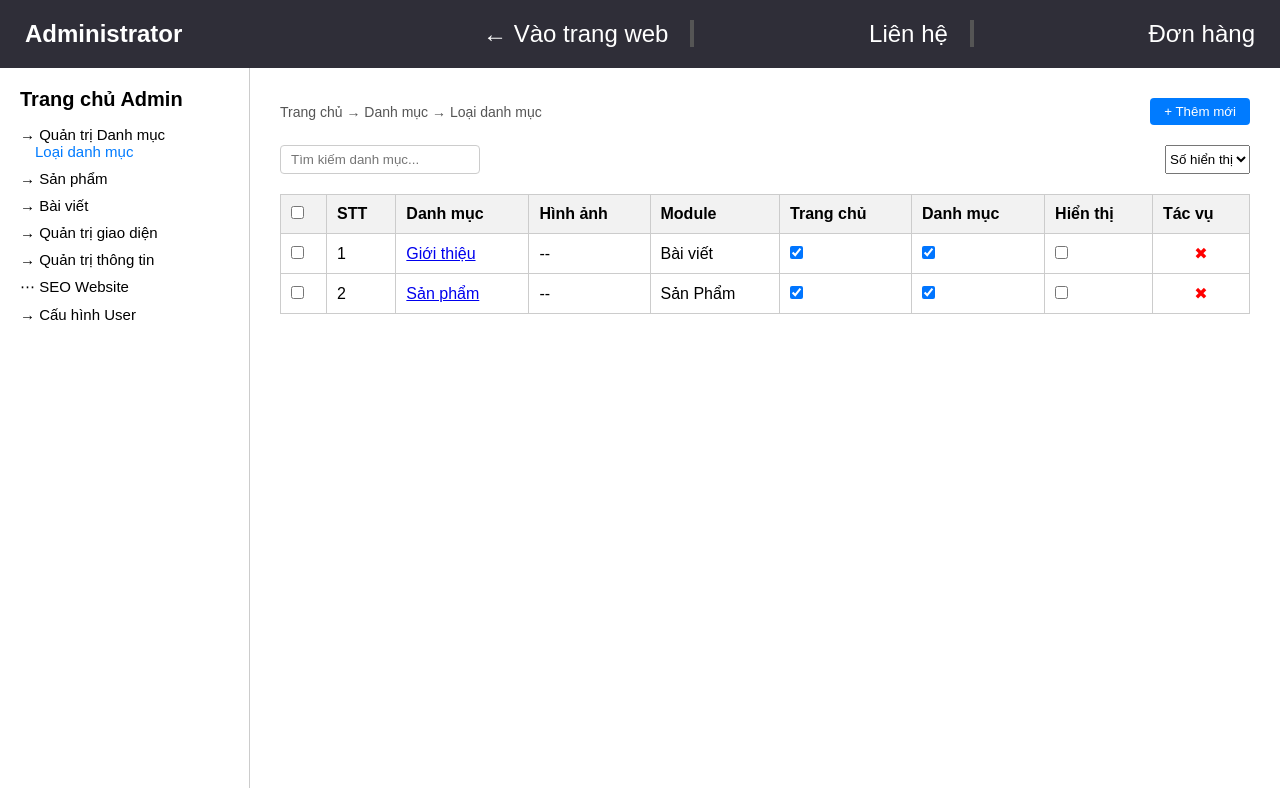
Repository: TranTanDat0606/Du-An-1
Page: Admin]/admin.html
These files come from the project's save history. The page is drawn as it stood at one moment and after the next save; the edit follows.
The browser window is 1280 px wide. The pictures show the whole page.

Above is the page before, as saved 2025-07-30 14:50:39.

### Admin]/admin.html
<!DOCTYPE html>
<html lang="vi">
<head>
    <meta charset="UTF-8" />
    <meta name="viewport" content="width=device-width, initial-scale=1.0"/>
    <title>Quản lý danh mục</title>
    <link rel="stylesheet" href="admin.css" />
</head>
<body>
    <header class="topbar">
    <div class="topbar-left">Administrator</div>
    <div class="topbar-right">
    <a href="#">← Vào trang web</a>
    <a href="#">Liên hệ</a>
    <a href="#">Đơn hàng</a></div>
</header>
    <div class="admin-container">
    <aside class="sidebar">
    <h2>Trang chủ Admin</h2>
    <ul>
        <li>→ Quản trị Danh mục
    <ul class="submenu">
            <li><a href="#">Loại danh mục</a></li>
    </ul>
        </li>
        <li>→ Sản phẩm</li>
        <li>→ Bài viết</li>
        <li>→ Quản trị giao diện</li>
        <li>→ Quản trị thông tin</li>
        <li>⋯ SEO Website</li>
        <li>→ Cấu hình User</li>
    </ul>
    </aside>
    <main class="main-content">
    <div class="header-bar">
        <span class="breadcrumbs">Trang chủ → Danh mục → Loại danh mục</span>
        <button class="btn-new">+ Thêm mới</button>
    </div>

    <div class="table-toolbar">
        <input type="text" class="search-input" placeholder="Tìm kiếm danh mục..." />
        <select>
    <option>Số hiển thị</option>
        </select>
    </div>
    <table>
        <thead>
    <tr>
            <th><input type="checkbox" /></th>
            <th>STT</th>
            <th>Danh mục</th>
            <th>Hình ảnh</th>
            <th>Module</th>
            <th>Trang chủ</th>
            <th>Danh mục</th>
            <th>Hiển thị</th>
            <th>Tác vụ</th>
    </tr>
        </thead>
        <tbody>
    <tr>
            <td><input type="checkbox" /></td>
            <td>1</td>
            <td><a href="#">Giới thiệu</a></td>
            <td>--</td>
            <td>Bài viết</td>
            <td><input type="checkbox" checked /></td>
            <td><input type="checkbox" checked /></td>
            <td><input type="checkbox" /></td>
            <td class="text-danger">✖</td>
    </tr>
    <tr>
            <td><input type="checkbox" /></td>
            <td>2</td>
            <td><a href="#">Sản phẩm</a></td>
            <td>--</td>
            <td>Sản Phẩm</td>
            <td><input type="checkbox" checked /></td>
            <td><input type="checkbox" checked /></td>
            <td><input type="checkbox" /></td>
            <td class="text-danger">✖</td>
    </tr>
        </tbody>
    </table>
    </main>
    </div>
</body>
</html>

### Admin]/admin.css
* {
    margin: 0;
    padding: 0;
    box-sizing: border-box;
    font-family: sans-serif;
}
/* header */
/* Topbar admin */
.topbar {
    background-color: #2f2e38;
    color: white;
    display: flex;
    justify-content: space-between;
    align-items: center;
    padding: 20px 25px;
    font-size: 24px;
}

.topbar-left {
    font-weight: bold;
}

.topbar-right a {
    color: white;
    text-decoration: none;
    margin-left: 15px;
    border-left: 4px solid #555;
    padding-left: 175px;
}

.topbar-right a:first-child {
    border-left: none;
    padding-left: 0;
}
body {
    background: #f5f5f5;
}

.admin-container {
    display: flex;
    height: 100vh;
}

/* Sidebar */
.sidebar {
    width: 250px;
    background: #fff;
    border-right: 1px solid #ccc;
    padding: 20px;
}

.sidebar h2 {
    margin-bottom: 15px;
    font-size: 20px;
}

.sidebar ul {
    list-style: none;
}

.sidebar li {
    margin-bottom: 10px;
    font-size: 15px;
}

.sidebar .submenu {
    margin-left: 15px;
}

.sidebar a {
    color: #007bff;
    text-decoration: none;
}

/* Main Content */
.main-content {
    flex: 1;
    padding: 30px;
    background: #fff;
}

.header-bar {
    display: flex;
    justify-content: space-between;
    align-items: center;
}

.breadcrumbs {
    color: #555;
    font-size: 14px;
}

.btn-new {
    background: #007bff;
    color: #fff;
    border: none;
    padding: 6px 14px;
    border-radius: 4px;
    cursor: pointer;
}

.table-toolbar {
    margin: 20px 0;
    display: flex;
    justify-content: space-between;
}

.search-input {
    padding: 6px 10px;
    width: 200px;
    border: 1px solid #ccc;
    border-radius: 4px;
}

table {
    width: 100%;
    border-collapse: collapse;
    background: #fff;
}

table th,
table td {
    border: 1px solid #ccc;
    padding: 10px;
    text-align: left;
}

table th {
    background: #f2f2f2;
}

.text-danger {
    color: red;
    text-align: center;
}

After the next save:
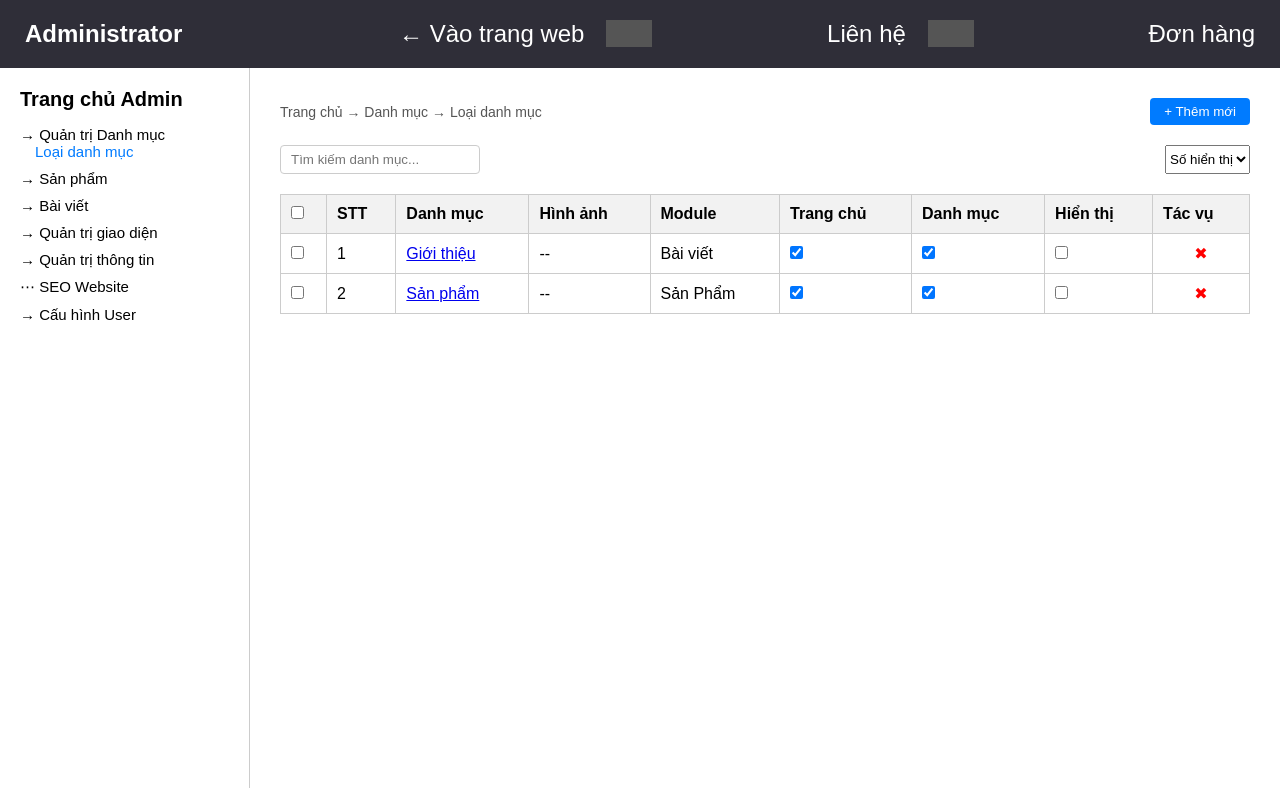
Saved 52 s later.
--- a/Admin]/admin.css
+++ b/Admin]/admin.css
@@ -24,7 +24,7 @@
     color: white;
     text-decoration: none;
     margin-left: 15px;
-    border-left: 4px solid #555;
+    border-left: 46px solid #555;
     padding-left: 175px;
 }
 

After the save that followed:
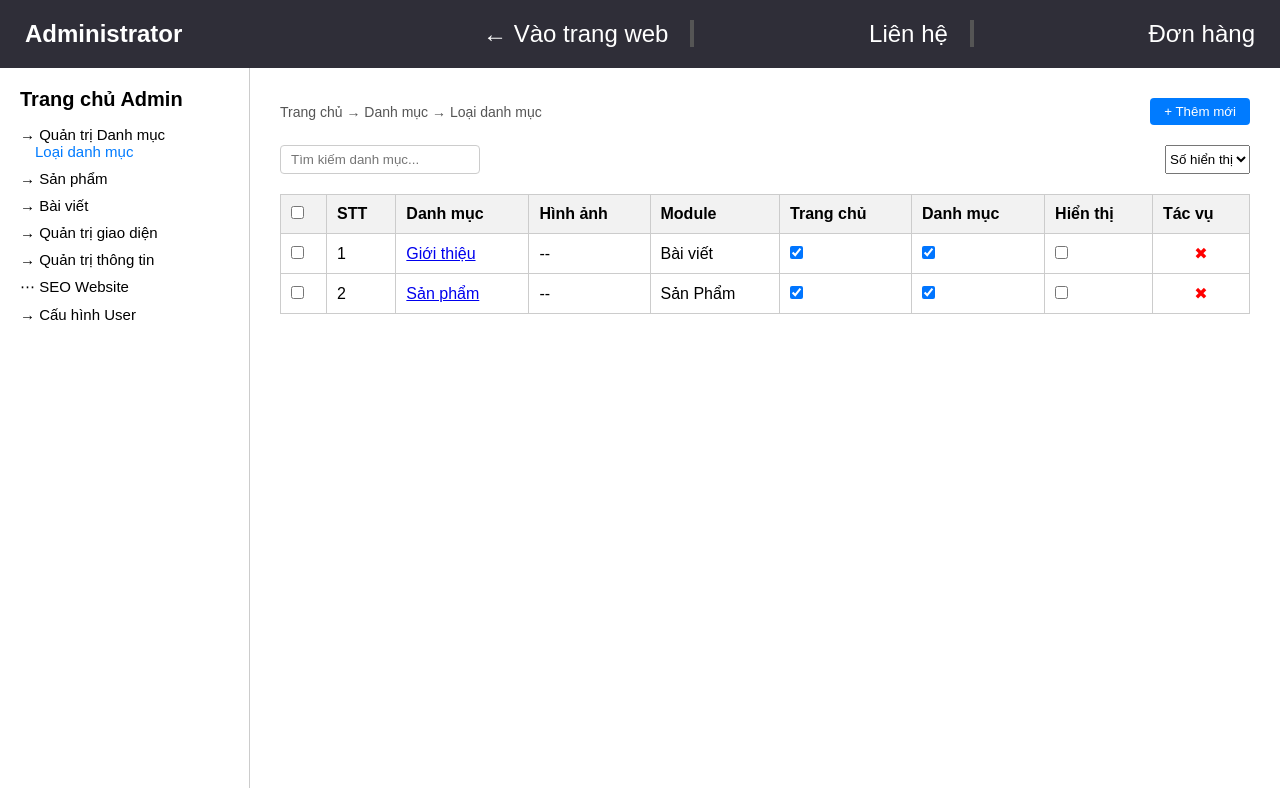
Saved 6 s later.
--- a/Admin]/admin.css
+++ b/Admin]/admin.css
@@ -24,7 +24,7 @@
     color: white;
     text-decoration: none;
     margin-left: 15px;
-    border-left: 46px solid #555;
+    border-left: 4px solid #555;
     padding-left: 175px;
 }
 
